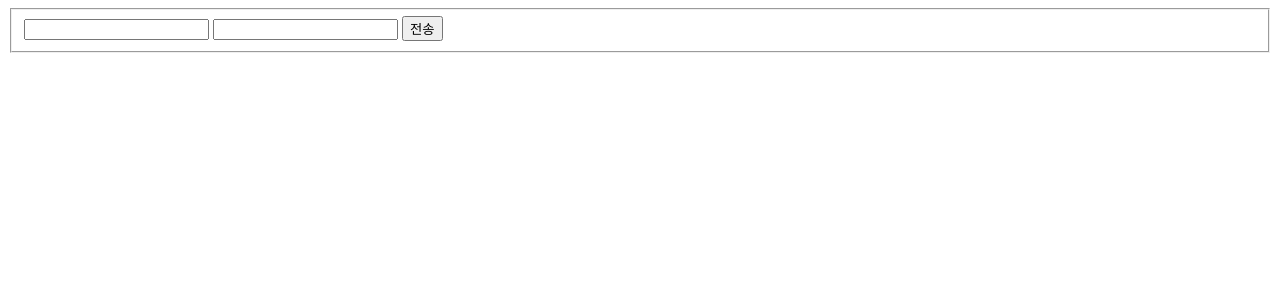
Repository: kimjaejoo/Tacademy
Page: http://localhost/Hello/
The author's editor kept a copy of each file at every save. The page is drawn from the files as they stood at one save, then again after the next save.
The browser window is 1280 px wide. The pictures show the whole page.
The page is served by Tomcat 9. Nobody is signed in. The application's start-up code is not run.

Above is the page before, as saved 2016-10-31 05:34:53.

After the next save:
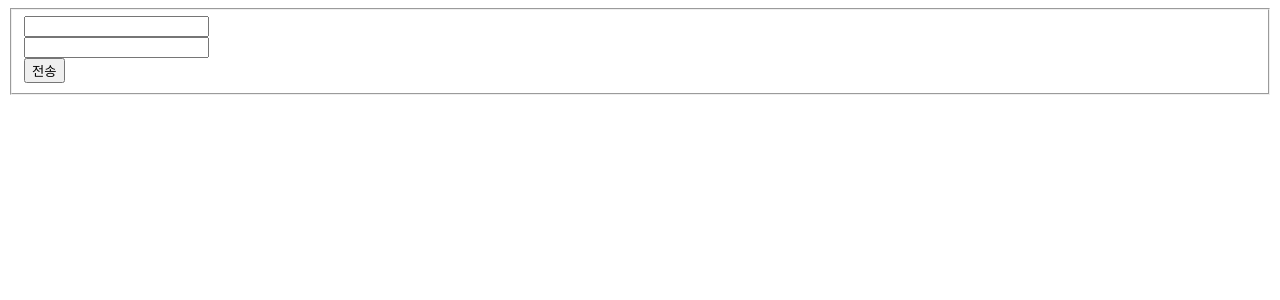
Saved 25 s later.
--- a/Hello/WebContent/index.jsp
+++ b/Hello/WebContent/index.jsp
@@ -10,8 +10,8 @@
 	<fieldset>
 		<form action="/Version" method="post">
 
-			<input type="text" name="uid" />
-			<input type="password" name="upw" id="" />
+			<input type="text" name="uid" /> <br />
+			<input type="password" name="upw" id="" /> <br />
 			<input type="submit" value="전송" />
 
 		</form>
